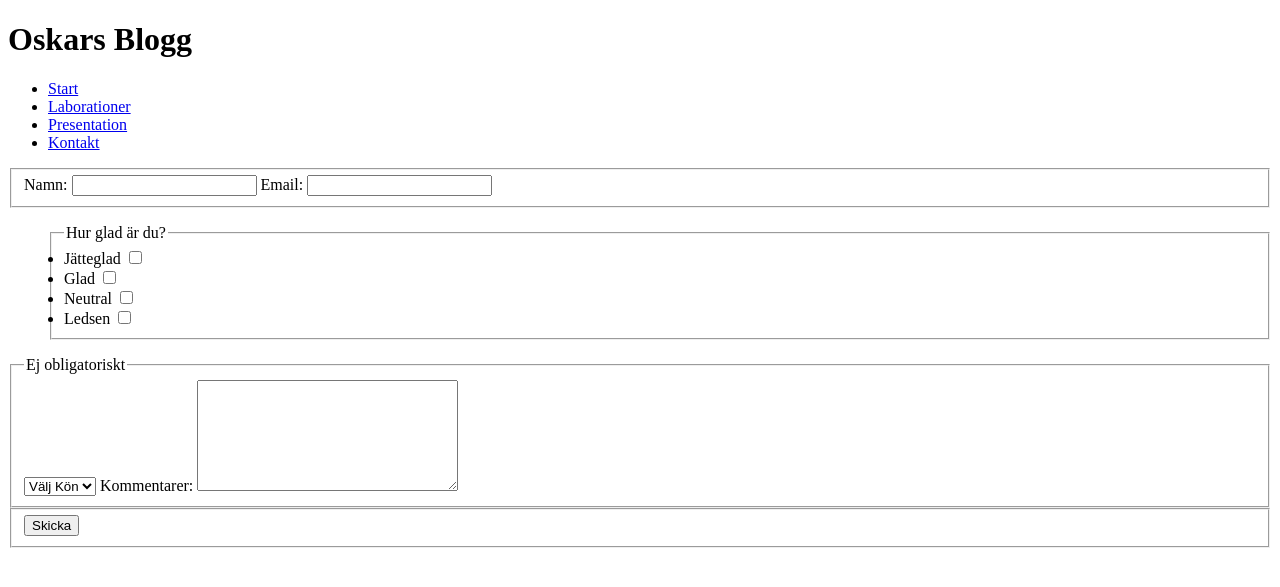
Repository: oe222bu/1ik415-laborationer
Page: Pages/kontakt.html
The author's editor kept a record of every edit. The page is drawn from the files as they stood at one moment, then again after the next edit.
The browser window is 1280 px wide. The pictures show the whole page.

Above is the page before.

### Pages/kontakt.html
<!DOCTYPE HTML>
<html>


<html lang="sv">
<head>
<meta charset="utf-8" />
<title>Webbteknisk labb</title>
</head>
<body>

<h1>Oskars Blogg</h1>
<ul>
<li><a href="../Pics/index.html">Start</a></li>
<li><a href="laborationer.html">Laborationer</a></li>
<li><a href="Presentation.html">Presentation</a></li>
<li><a href="kontakt.html">Kontakt</a></li>
        </ul>


       <form action="http://voyager.lnu.se/tekinet/kurser/dtt/wp_webbintro/form.php" method="POST">
<fieldset>Namn: <input type="text" name="name" id="name" value="" />
          Email: <input type="text" name="email" id="email" value="" /> </fieldset>
          <ul>

         <fieldset>
        <legend>Hur glad är du?</legend>
          <li><label for="Jätteglad">Jätteglad</label> <input type="checkbox" name="Jätteglad" id="Jätteglad" value="Jätteglad"></li>
<li><label for="Glad">Glad</label> <input type="checkbox" name="Glad" id="Glad" value="Glad"></li>
          <li><label for="Neutral">Neutral</label> <input type="checkbox" name="Neutral" id="Neutral" value="Neutral"></li>
<li><label for="Ledsen">Ledsen</label> <input type="checkbox" name="Ledsen" id="Ledsen" value="Ledsen"></li>
</ul></fieldset>
<fieldset>
            <legend>Ej obligatoriskt</legend>
          <label for="Kön"></label>
          <select name="Kön" id="Kön">
          <option value="Kön">Välj Kön</option>
          <option value="Man">Man</option>
          <option value="Kvinna">Kvinna</option>
          </select>
          Kommentarer: <textarea name="comments" id="comments" cols="30" rows="7"></textarea>


           </fieldset>
           <fieldset>

           <input type="submit" value="Skicka"/>
           </fieldset>

       </form>







</body>
</html>

After the next edit:
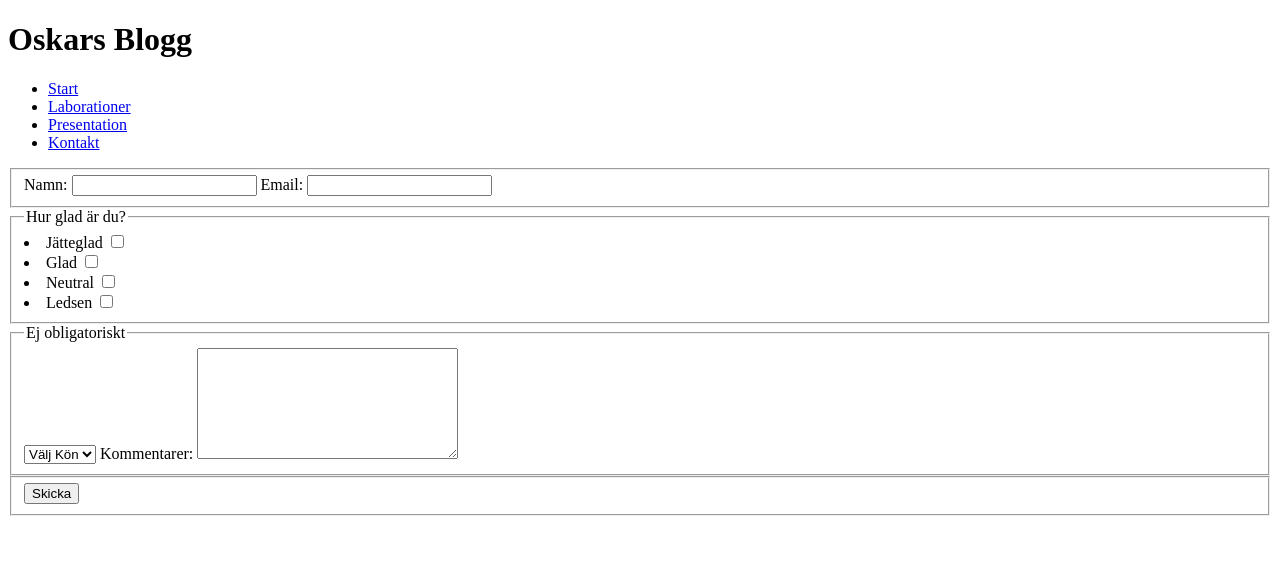
The edit:
--- a/Pages/kontakt.html
+++ b/Pages/kontakt.html
@@ -21,7 +21,7 @@
        <form action="http://voyager.lnu.se/tekinet/kurser/dtt/wp_webbintro/form.php" method="POST">
 <fieldset>Namn: <input type="text" name="name" id="name" value="" />
           Email: <input type="text" name="email" id="email" value="" /> </fieldset>
-          <ul>
+
 
          <fieldset>
         <legend>Hur glad är du?</legend>
